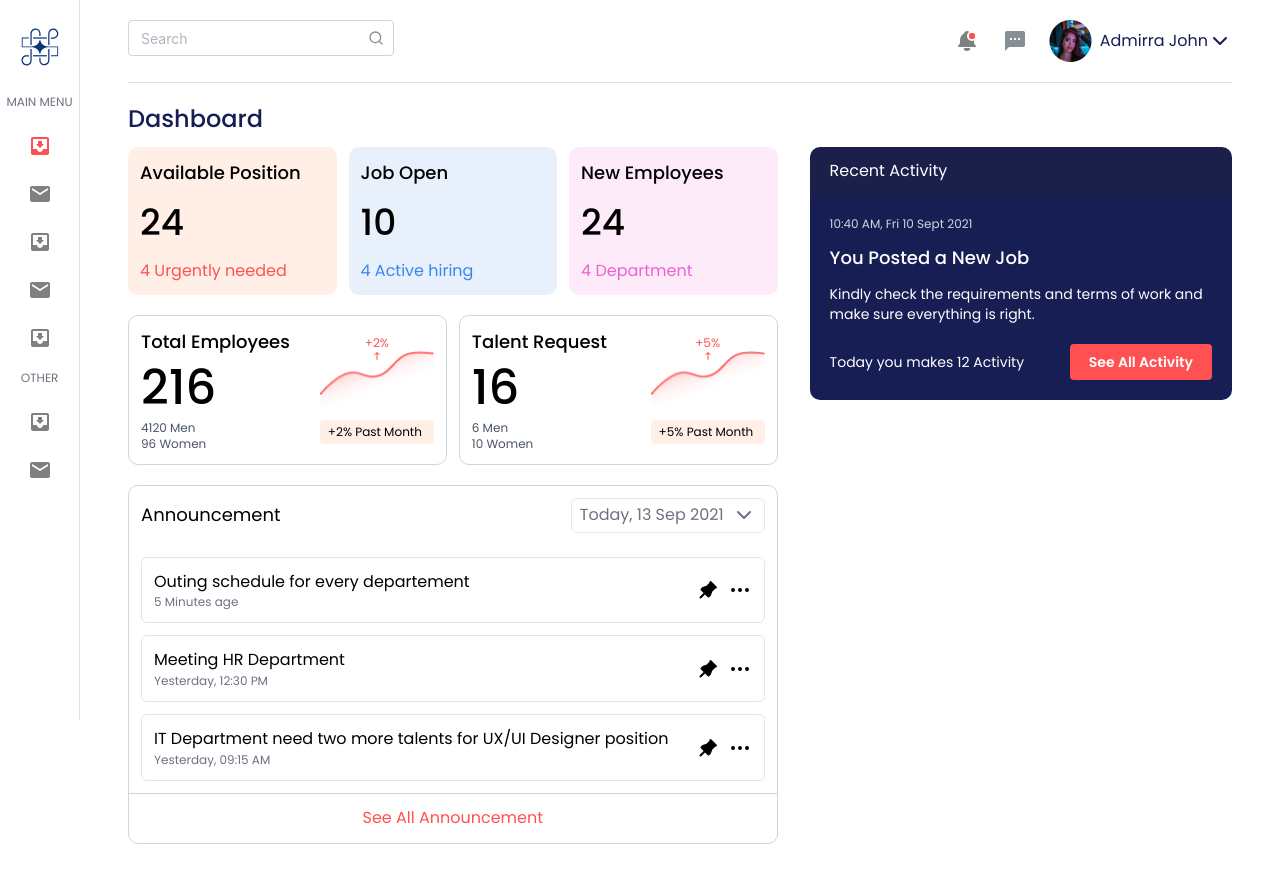
Repository: SatyaDewangan05/sample-dashboard
Page: /
The author's editor kept a copy of each file at every save. The page is drawn from the files as they stood at one save, then again after the next save.
The browser window is 1280 px wide. The pictures show the whole page.
The project was rebuilt for these pictures with package versions that can differ from the ones it lists, and the page was loaded fresh each time. The framework's server and built-in components were replaced by stand-ins that run in the browser. Also part of the build but not shown: next.config.mjs.

Above is the page before, as saved 2024-09-22 01:10:55.

### src/app/layout.js
import localFont from "next/font/local";
import "./globals.css";
import { MantineProvider } from "@mantine/core";
import "@mantine/core/styles.css";

const geistSans = localFont({
  src: "./fonts/GeistVF.woff",
  variable: "--font-geist-sans",
  weight: "100 900",
});
const geistMono = localFont({
  src: "./fonts/GeistMonoVF.woff",
  variable: "--font-geist-mono",
  weight: "100 900",
});

import { Poppins } from "next/font/google";
const poppins = Poppins({
  weight: ["400", "500", "600", "700"], // You can choose different weights like '300', '500' etc.
  subsets: ["latin"],
});

export const metadata = {
  title: "Create Next App",
  description: "Generated by create next app",
};

export default function RootLayout({ children }) {
  return (
    <html lang="en">
      <body className={`${poppins.className} antialiased bg-white`}>
        <MantineProvider>{children}</MantineProvider>
      </body>
    </html>
  );
}

### src/app/page.jsx
"use client";

import Image from "next/image";
import MiniDrawer from "./components/Drawer";
import {
  ActionIcon,
  Anchor,
  Avatar,
  Button,
  Divider,
  Indicator,
  TextInput,
  Title,
} from "@mantine/core";
import { Search } from "lucide-react";
import {
  IconBellFilled,
  IconChevronCompactDown,
  IconChevronDown,
  IconDots,
  IconPinFilled,
} from "@tabler/icons-react";
import TextsmsIcon from "@mui/icons-material/Textsms";
import DP from "@/images/dp.png";
import ThreeData from "./components/card/ThreeData";
import DetailChart from "./components/card/DetailChart";
import Event from "./components/card/Event";

export default function Home() {
  return (
    <div className="flex">
      <MiniDrawer />
      <div className="w-full px-12">
        {/* Top Bar */}
        <div className="w-full py-5 flex justify-between">
          <TextInput placeholder="Search" rightSection={<Search size={16} />} />
          <div className="flex items-center gap-5">
            <ActionIcon
              variant="transparent"
              color="gray"
              // c="black"
              aria-label="Settings"
            >
              <Indicator color="#FF5151" offset={7} withBorder>
                <IconBellFilled color="gray" />
              </Indicator>
            </ActionIcon>
            <ActionIcon
              variant="transparent"
              color="gray"
              // c="black"
              aria-label="Settings"
            >
              <TextsmsIcon color="gray" />
            </ActionIcon>
            <div className="flex gap-2 items-center">
              <Image src={DP} />
              <Anchor
                href="https://mantine.dev/"
                target="_blank"
                underline="never"
                c="#161E54"
              >
                <div className="flex items-center">
                  Admirra John
                  <IconChevronDown />
                </div>
              </Anchor>
            </div>
          </div>
        </div>

        <Divider />

        <div className="w-full py-5">
          <p className="text-2xl font-medium text-[#161E54]">Dashboard</p>
          <div className="py-3 grid grid-cols-5 gap-8">
            <div className="col-span-3 flex flex-col gap-5">
              <div className="grid grid-cols-3 gap-3">
                <ThreeData
                  heading="Available Position"
                  figure={24}
                  text="4 Urgently needed"
                  bgColor="#FFEFE7"
                  textColor="#FF5151"
                />
                <ThreeData
                  heading="Job Open"
                  figure={10}
                  text="4 Active hiring"
                  bgColor="#E8F0FB"
                  textColor="#3786F1"
                />
                <ThreeData
                  heading="New Employees"
                  figure={24}
                  text="4 Department"
                  bgColor="#FDEBF9"
                  textColor="#EE61CF"
                />
              </div>
              <div className="grid grid-cols-2 gap-3">
                <DetailChart
                  heading="Total Employees"
                  figure={216}
                  texts={["4120 Men", "96 Women"]}
                  variation="+2%"
                />
                <DetailChart
                  heading="Talent Request"
                  figure={16}
                  texts={["6 Men", "10 Women"]}
                  variation="+5%"
                />
              </div>

              <div className="rounded-[10px] border border-gray-300">
                <div className="p-3 flex justify-between items-center">
                  <p className="text-lg">Announcement</p>
                  <div className="px-2 py-1 rounded-md border border-gray-200 flex items-center gap-2 text-gray-500">
                    <p>Today, 13 Sep 2021</p>
                    <IconChevronDown />
                  </div>
                </div>
                <div className="p-3 flex flex-col gap-3">
                  <Event
                    text="Outing schedule for every departement"
                    lastUpdate="5 Minutes age"
                  />
                  <Event
                    text="Meeting HR Department"
                    lastUpdate="Yesterday, 12:30 PM"
                  />
                  <Event
                    text="IT Department need two more talents for UX/UI Designer position"
                    lastUpdate="Yesterday, 09:15 AM"
                  />
                </div>
                <Divider color="#d1d5db" />
                <div className="p-3 text-[#FF5151] text-center hover:text-opacity-60 hover:cursor-pointer">
                  {" "}
                  See All Announcement
                </div>
              </div>
            </div>
            <div className="col-span-2 flex flex-col gap-3">
              <div className="rounded-[10px] overflow-hidden text-white">
                <p className="px-5 py-3 bg-[#1B204A]">Recent Activity</p>
                <div className="p-5 bg-[#161E54]">
                  <p className="text-xs text-gray-300">
                    10:40 AM, Fri 10 Sept 2021
                  </p>
                  <p className="mt-3 text-lg font-medium">
                    You Posted a New Job
                  </p>
                  <p className="mt-3 text-sm">
                    Kindly check the requirements and terms of work and make
                    sure everything is right.
                  </p>
                  <div className="mt-5 flex justify-between items-center">
                    <p className="text-sm">Today you makes 12 Activity</p>
                    <Button color="#FF5151" c="white">
                      See All Activity
                    </Button>
                  </div>
                </div>
              </div>
            </div>
          </div>
        </div>
      </div>
    </div>
  );
}

### src/app/globals.css
@tailwind base;
@tailwind components;
@tailwind utilities;

:root {
  --background: #ffffff;
  --foreground: #171717;
}

/* @media (prefers-color-scheme: dark) {
  :root {
    --background: #0a0a0a;
    --foreground: #ededed;
  }
} */

body {
  color: var(--foreground);
  background: var(--background);
  font-family: Arial, Helvetica, sans-serif;
}

@layer utilities {
  .text-balance {
    text-wrap: balance;
  }
}

@layer base {
  :root {
    --background: 0 0% 100%;
    --foreground: 0 0% 3.9%;
    --card: 0 0% 100%;
    --card-foreground: 0 0% 3.9%;
    --popover: 0 0% 100%;
    --popover-foreground: 0 0% 3.9%;
    --primary: 0 0% 9%;
    --primary-foreground: 0 0% 98%;
    --secondary: 0 0% 96.1%;
    --secondary-foreground: 0 0% 9%;
    --muted: 0 0% 96.1%;
    --muted-foreground: 0 0% 45.1%;
    --accent: 0 0% 96.1%;
    --accent-foreground: 0 0% 9%;
    --destructive: 0 84.2% 60.2%;
    --destructive-foreground: 0 0% 98%;
    --border: 0 0% 89.8%;
    --input: 0 0% 89.8%;
    --ring: 0 0% 3.9%;
    --chart-1: 12 76% 61%;
    --chart-2: 173 58% 39%;
    --chart-3: 197 37% 24%;
    --chart-4: 43 74% 66%;
    --chart-5: 27 87% 67%;
    --radius: 0.5rem;
  }
  .dark {
    --background: 0 0% 3.9%;
    --foreground: 0 0% 98%;
    --card: 0 0% 3.9%;
    --card-foreground: 0 0% 98%;
    --popover: 0 0% 3.9%;
    --popover-foreground: 0 0% 98%;
    --primary: 0 0% 98%;
    --primary-foreground: 0 0% 9%;
    --secondary: 0 0% 14.9%;
    --secondary-foreground: 0 0% 98%;
    --muted: 0 0% 14.9%;
    --muted-foreground: 0 0% 63.9%;
    --accent: 0 0% 14.9%;
    --accent-foreground: 0 0% 98%;
    --destructive: 0 62.8% 30.6%;
    --destructive-foreground: 0 0% 98%;
    --border: 0 0% 14.9%;
    --input: 0 0% 14.9%;
    --ring: 0 0% 83.1%;
    --chart-1: 220 70% 50%;
    --chart-2: 160 60% 45%;
    --chart-3: 30 80% 55%;
    --chart-4: 280 65% 60%;
    --chart-5: 340 75% 55%;
  }
}

@layer base {
  * {
    @apply border-border;
  }
  body {
    @apply bg-background text-foreground;
  }
}

### src/app/components/Drawer.jsx
"use client";

import { styled } from "@mui/material/styles";
import MuiDrawer from "@mui/material/Drawer";
import List from "@mui/material/List";
import IconButton from "@mui/material/IconButton";
import MenuIcon from "@mui/icons-material/Menu";

import ListItem from "@mui/material/ListItem";
import ListItemButton from "@mui/material/ListItemButton";
import ListItemIcon from "@mui/material/ListItemIcon";
import ListItemText from "@mui/material/ListItemText";
import InboxIcon from "@mui/icons-material/MoveToInbox";
import MailIcon from "@mui/icons-material/Mail";
import { useState } from "react";
import Image from "next/image";

import Logo from "@/images/logo.svg";
import LogoWithName from "@/images/logo_with_name.png";

const drawerWidth = 220;

const openedMixin = (theme) => ({
  width: drawerWidth,
  transition: theme.transitions.create("width", {
    easing: theme.transitions.easing.sharp,
    duration: theme.transitions.duration.enteringScreen,
  }),
  overflowX: "hidden",
});

const closedMixin = (theme) => ({
  transition: theme.transitions.create("width", {
    easing: theme.transitions.easing.sharp,
    duration: theme.transitions.duration.leavingScreen,
  }),
  overflowX: "hidden",
  width: "80px",
  [theme.breakpoints.up("sm")]: {
    width: "80px",
  },
});

const DrawerHeader = styled("div")(({ theme }) => ({
  display: "flex",
  alignItems: "center",
  justifyContent: "center",
  padding: "20px",
  // necessary for content to be below app bar
  ...theme.mixins.toolbar,
}));

const Drawer = styled(MuiDrawer, {
  shouldForwardProp: (prop) => prop !== "open",
})(({ theme }) => ({
  width: drawerWidth,
  flexShrink: 0,
  whiteSpace: "nowrap",
  boxSizing: "border-box",
  variants: [
    {
      props: ({ open }) => open,
      style: {
        ...openedMixin(theme),
        "& .MuiDrawer-paper": openedMixin(theme),
      },
    },
    {
      props: ({ open }) => !open,
      style: {
        ...closedMixin(theme),
        "& .MuiDrawer-paper": closedMixin(theme),
      },
    },
  ],
}));

export default function MiniDrawer() {
  const [open, setOpen] = useState(false);

  const [active, setActive] = useState("Dashboard");

  return (
    <Drawer variant="permanent" open={open}>
      <DrawerHeader>
        <IconButton onClick={() => setOpen((prevState) => !prevState)}>
          {open ? (
            <Image src={LogoWithName} alt="Images" />
          ) : (
            <Image className="mx-auto" src={Logo} alt="Images" />
          )}
        </IconButton>
      </DrawerHeader>
      <p
        className={`h-5 uppercase text-xs  text-gray-500 ${
          open ? "pl-5" : "text-center"
        }`}
      >
        Main Menu
      </p>
      <List>
        {["Dashboard", "Recruitment", "Schedule", "Employee", "Department"].map(
          (text, index) => (
            <ListItem key={text} disablePadding sx={{ display: "block" }}>
              <ListItemButton
                sx={[
                  {
                    minHeight: 48,
                    px: 2,
                    color: active === text ? "#FF5151" : "unset",
                  },
                  open
                    ? {
                        justifyContent: "initial",
                      }
                    : {
                        justifyContent: "center",
                      },
                ]}
                onClick={() => setActive(text)}
              >
                <ListItemIcon
                  sx={[
                    {
                      //   minWidth: 0,
                      justifyContent: "center",
                      color: active === text ? "#FF5151" : "gray",
                    },
                    open
                      ? {
                          mr: 2,
                        }
                      : {
                          mx: "auto",
                        },
                  ]}
                >
                  {index % 2 === 0 ? <InboxIcon /> : <MailIcon />}
                </ListItemIcon>
                <ListItemText
                  primary={text}
                  sx={[
                    open
                      ? {
                          opacity: 1,
                        }
                      : {
                          opacity: 0,
                        },
                  ]}
                />
              </ListItemButton>
            </ListItem>
          )
        )}
      </List>
      <p
        className={`h-5 uppercase text-xs text-gray-500 ${
          open ? " pl-5" : "text-center"
        }`}
      >
        Other
      </p>
      <List>
        {["Support", "Settings"].map((text, index) => (
          <ListItem key={text} disablePadding sx={{ display: "block" }}>
            <ListItemButton
              sx={[
                {
                  minHeight: 48,
                  px: 2,
                },
                open
                  ? {
                      justifyContent: "initial",
                    }
                  : {
                      justifyContent: "center",
                    },
              ]}
              onClick={() => setActive(text)}
            >
              <ListItemIcon
                sx={[
                  {
                    justifyContent: "center",
                    color: active === text ? "#FF5151" : "gray",
                  },
                  open
                    ? {
                        mr: 2,
                      }
                    : {
                        mx: "auto",
                      },
                ]}
              >
                {index % 2 === 0 ? <InboxIcon /> : <MailIcon />}
              </ListItemIcon>
              <ListItemText
                primary={text}
                sx={[
                  open
                    ? {
                        opacity: 1,
                      }
                    : {
                        opacity: 0,
                      },
                ]}
              />
            </ListItemButton>
          </ListItem>
        ))}
      </List>
    </Drawer>
  );
}

### src/app/components/card/ThreeData.jsx
const ThreeData = ({ heading, figure, text, bgColor, textColor }) => {
  return (
    <div
      className="p-3 rounded-[10px] flex flex-col gap-2"
      style={{ backgroundColor: bgColor ? bgColor : "gray" }}
    >
      <p className="text-lg font-medium">{heading}</p>
      <p className="text-[36px] font-medium">{figure}</p>
      <p
        className="text-base"
        style={{ color: textColor ? textColor : "white" }}
      >
        {text}
      </p>
    </div>
  );
};

export default ThreeData;

### src/app/components/card/DetailChart.jsx
import Image from "next/image";
import Graph from "@/images/graph.png";
import GraphLine from "@/images/graph-line.png";
import UpArrow from "@/images/up-arrow.png";

const DetailChart = ({ heading, figure, texts, variation }) => {
  return (
    <div className="p-3 rounded-[10px] border border-gray-300 flex justify-between items-center">
      <div className="flex flex-col gap-2">
        <p className="text-lg font-medium">{heading}</p>
        <p className="text-5xl font-medium">{figure}</p>
        <div>
          {Array.isArray(texts)
            ? texts.map((text, index) => (
                <p key={index} className="text-xs text-gray-600">
                  {text}
                </p>
              ))
            : null}
        </div>
      </div>
      <div className="flex flex-col justify-center">
        <div className="flex flex-col  items-center">
          <p className="text-xs text-[#FF5151] text-center">{variation}</p>
          <div className="h-[69px] w-[114px] relative">
            <Image
              src={UpArrow}
              className="absolute -top-1 left-1/2 -translate-x-1/2 z-30"
            />
            <Image src={GraphLine} className="absolute top-0 z-30" />
            <Image src={Graph} className="absolute top-0 z-30" />
          </div>
        </div>
        <div className="px-2 py-1 text-xs rounded bg-[#FFEFE7]">
          {variation} Past Month
        </div>
      </div>
    </div>
  );
};

export default DetailChart;

### src/app/components/card/Event.jsx
import { IconDots, IconPinFilled } from "@tabler/icons-react";
import { useState } from "react";

const Event = ({ text, lastUpdate }) => {
  const [pinned, setPinned] = useState(false);
  return (
    <div className="w-full p-3 rounded-md border flex justify-between items-center">
      <div>
        <p>{text}</p>
        <p className="text-xs text-gray-500">{lastUpdate}</p>
      </div>
      <div className="flex gap-2 items-center">
        <IconPinFilled
          color={pinned ? "gray" : "unset"}
          className="hover:cursor-pointer"
          onClick={() => setPinned((prevState) => !prevState)}
        />
        <IconDots />
      </div>
    </div>
  );
};

export default Event;

Loaded but not shown: tailwind.config.js (common file)

After the next save:
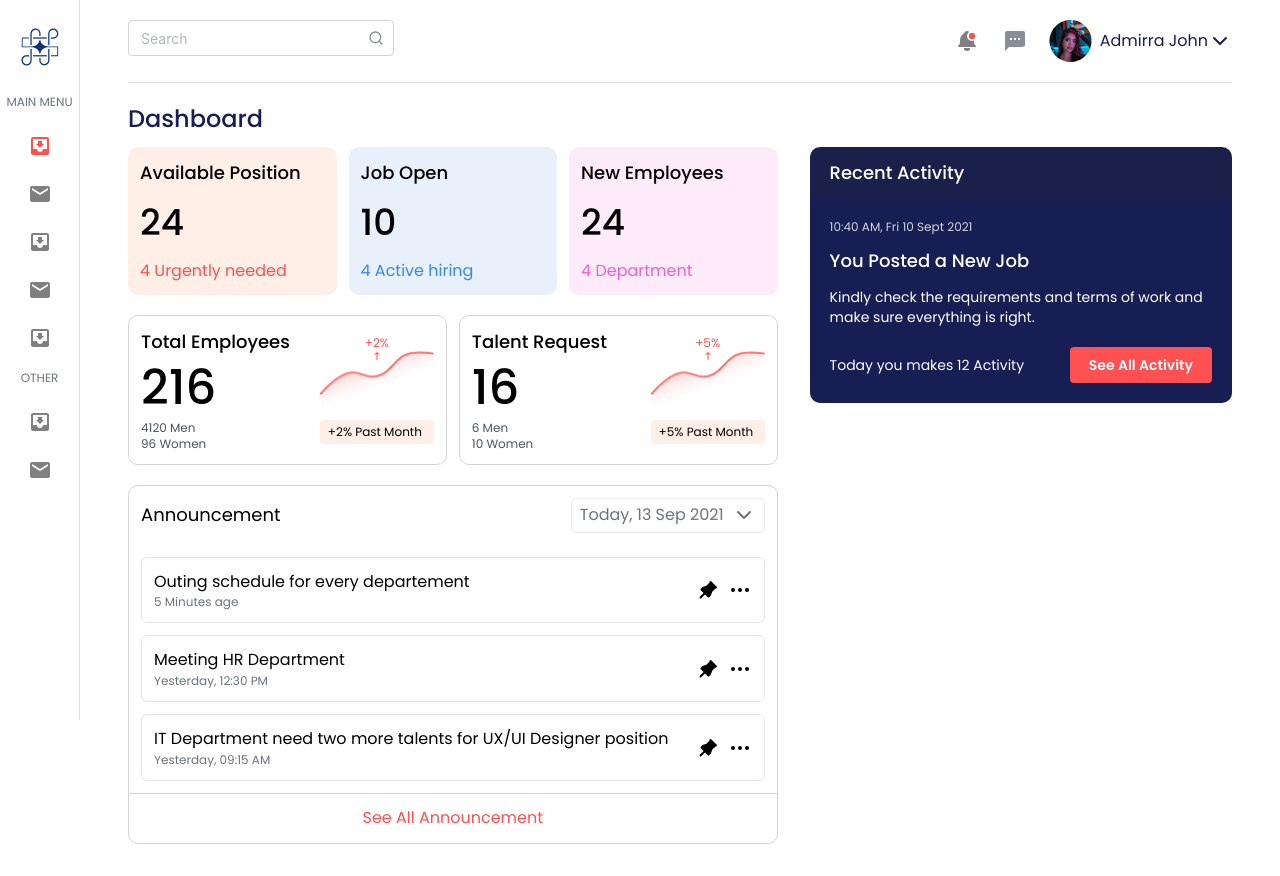
Saved 29 s later.
--- a/src/app/page.jsx
+++ b/src/app/page.jsx
@@ -145,7 +145,9 @@ export default function Home() {
             </div>
             <div className="col-span-2 flex flex-col gap-3">
               <div className="rounded-[10px] overflow-hidden text-white">
-                <p className="px-5 py-3 bg-[#1B204A]">Recent Activity</p>
+                <p className="px-5 py-3 text-lg font-medium bg-[#1B204A]">
+                  Recent Activity
+                </p>
                 <div className="p-5 bg-[#161E54]">
                   <p className="text-xs text-gray-300">
                     10:40 AM, Fri 10 Sept 2021
